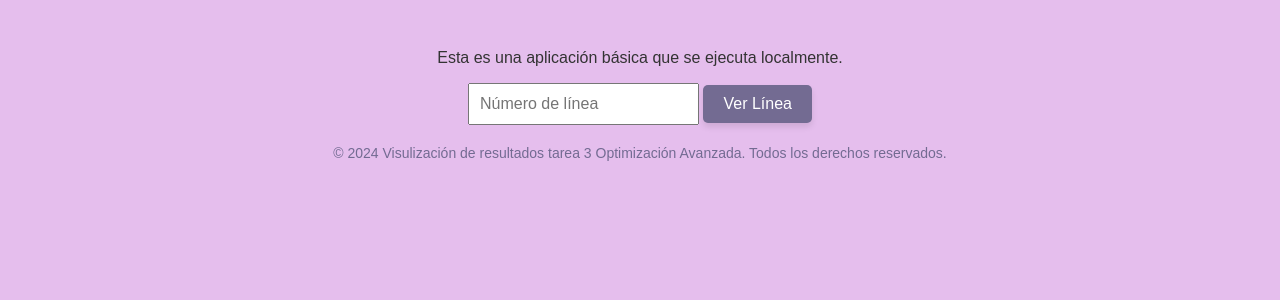
Repository: cflorido/Front_T3
Page: index.html
The author's editor kept a copy of each file at every save. The page is drawn from the files as they stood at one save, then again after the next save.
The browser window is 1280 px wide. The pictures show the whole page.

Above is the page before, as saved 2024-10-22 19:36:28.

After the next save:
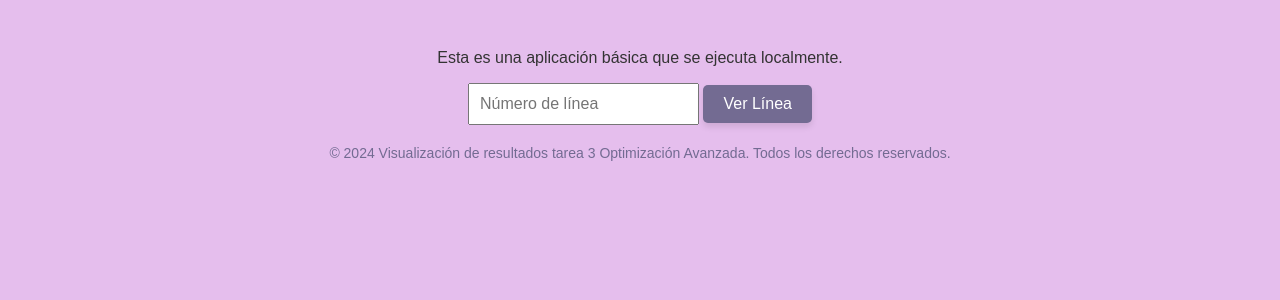
Saved 4 min 11 s later.
--- a/index.html
+++ b/index.html
@@ -77,13 +77,15 @@
     <button onclick="cargarLinea()">Ver Línea</button>
 
     <div id="contenido"></div>
+    <div id="equipos" style="display:none;">Cantidad de equipos: <span id="cantidadEquipos"></span></div>
 
     <div class="footer">
-        <p>&copy; 2024 Visulización de resultados tarea 3 Optimización Avanzada. Todos los derechos reservados.</p>
+        <p>&copy; 2024 Visualización de resultados tarea 3 Optimización Avanzada. Todos los derechos reservados.</p>
     </div>
 
     <script>
         let lineas = []; // Array para almacenar las líneas del archivo
+        let equipos = []; // Array para almacenar la cantidad de equipos
 
         // Función para cargar el contenido del archivo y dividirlo en líneas
         function cargarContenido() {
@@ -101,12 +103,30 @@
                     console.error(error);
                     alert('No se pudo cargar el contenido.');
                 });
+
+            // Cargar equipos.txt
+            fetch('equipos.txt')
+                .then(response => {
+                    if (!response.ok) {
+                        throw new Error('Error al cargar el archivo de equipos: ' + response.statusText);
+                    }
+                    return response.text();
+                })
+                .then(data => {
+                    equipos = data.split('\n').map(Number); // Divide el contenido y convierte a números
+                })
+                .catch(error => {
+                    console.error(error);
+                    alert('No se pudo cargar el contenido de equipos.');
+                });
         }
 
         // Función para mostrar la línea seleccionada
         function cargarLinea() {
             const numeroLinea = document.getElementById("numeroLinea").value;
             const contenidoDiv = document.getElementById("contenido");
+            const cantidadEquiposSpan = document.getElementById("cantidadEquipos");
+            const equiposDiv = document.getElementById("equipos");
 
             // Verificar si el número de línea es válido
             if (numeroLinea > 0 && numeroLinea <= lineas.length) {
@@ -114,6 +134,11 @@
 
                 mostrarHorario(horario); // Mostrar el horario en forma de tabla
                 contenidoDiv.style.display = 'block'; // Muestra el div
+
+                // Mostrar la cantidad de equipos
+                const cantidad = equipos[numeroLinea - 1]; // Obtener la cantidad de equipos de la misma línea
+                cantidadEquiposSpan.textContent = cantidad; // Actualizar el contenido
+                equiposDiv.style.display = 'block'; // Mostrar el div de cantidad de equipos
             } else {
                 alert('Número de línea no válido. Intenta de nuevo.');
             }
@@ -144,11 +169,9 @@
             for (let i = 0; i < 12; i++) { // 12 franjas horarias
                 const fila = document.createElement('tr');
 
-
                 const horaInicio = (i * 2) % 24;
                 const horaFin = (horaInicio + 2) % 24;
                 const franjaHoraria = `${horaInicio < 10 ? '0' : ''}${horaInicio}:00 - ${horaFin < 10 ? '0' : ''}${horaFin}:00`;
-
 
                 const celdaFranja = document.createElement('td');
                 celdaFranja.textContent = franjaHoraria;
